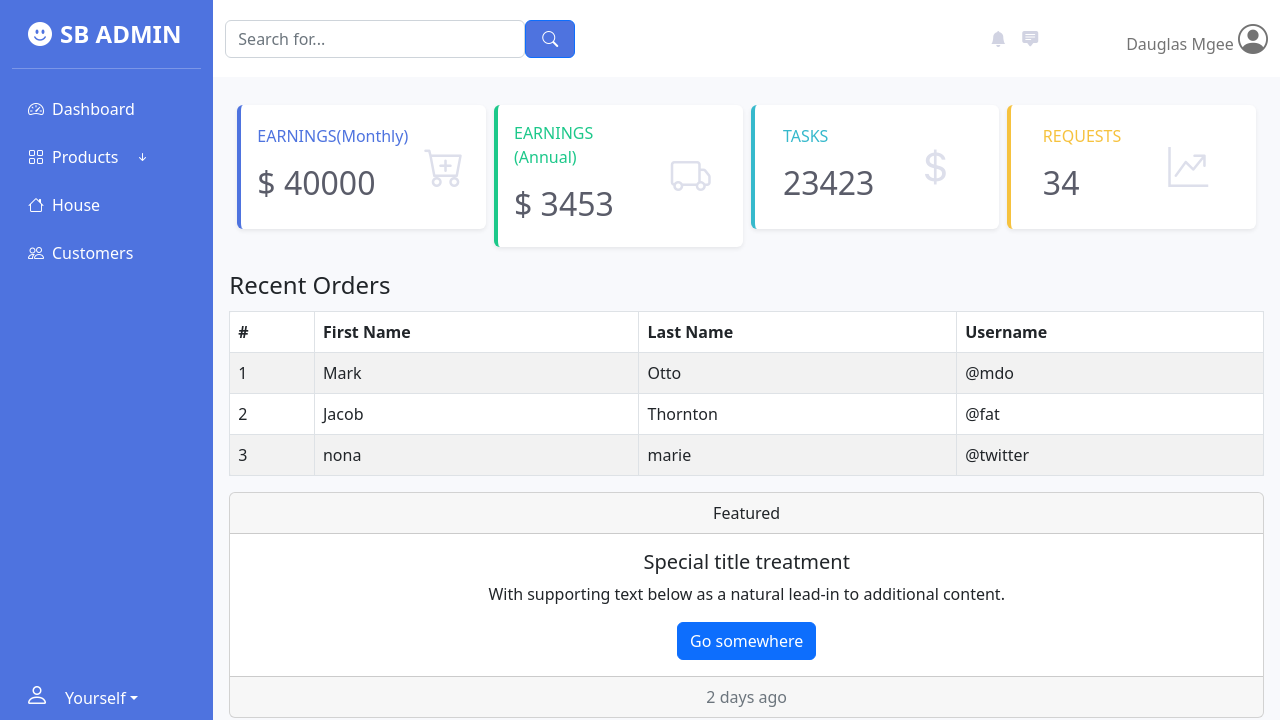
Repository: iqbalaamir/dashboard
Page: /
The author's editor kept a copy of each file at every save. The page is drawn from the files as they stood at one save, then again after the next save.
The browser window is 1280 px wide. The pictures show the whole page.
The project was rebuilt for these pictures with package versions that can differ from the ones it lists, and the page was loaded fresh each time. Also part of the build but not shown: src/App.css.

Above is the page before, as saved 2023-04-24 22:53:39.

After the next save:
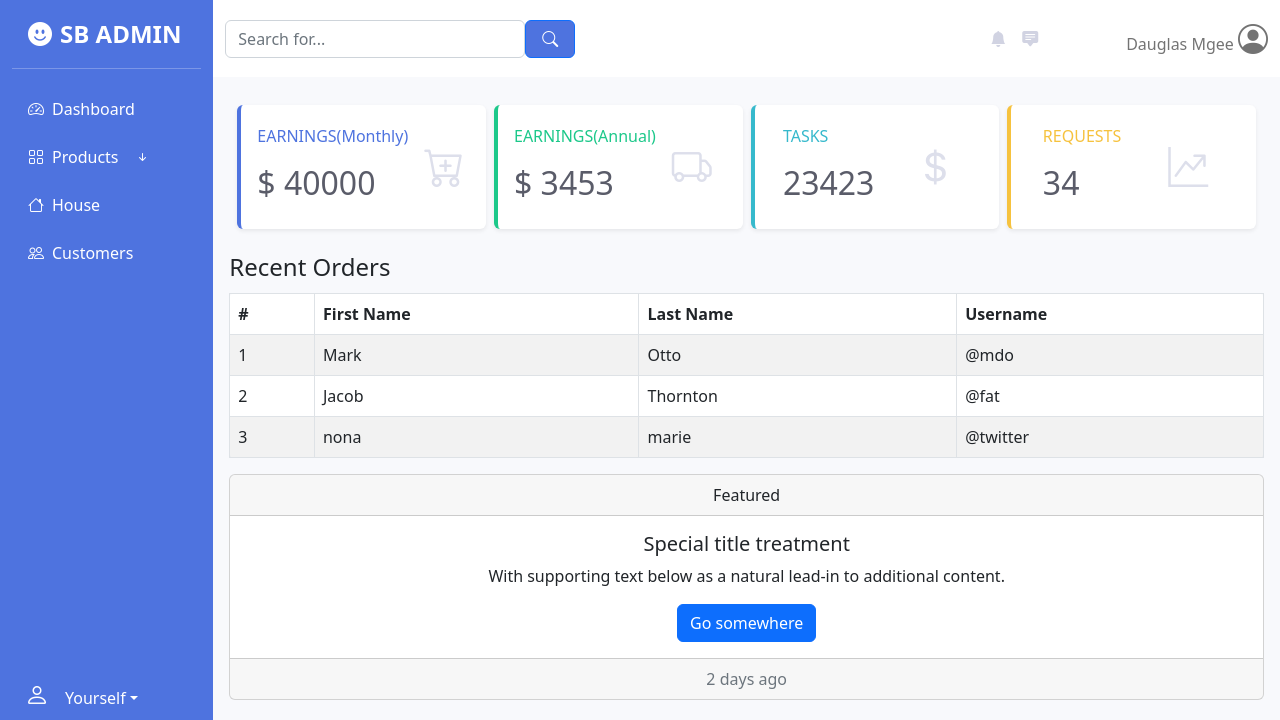
Saved 9 s later.
--- a/src/components/HomeComponent.js
+++ b/src/components/HomeComponent.js
@@ -39,7 +39,7 @@ function Home() {
             }}>
               <div>
                 <p className="fs-12" style={{ color: "#1cc88a" }}>
-                  EARNINGS (Annual)
+                  EARNINGS(Annual)
                 </p>
                 <h5 className="fs-2" style={{ color: "#5a5c69" }}>
                   $ 3453
